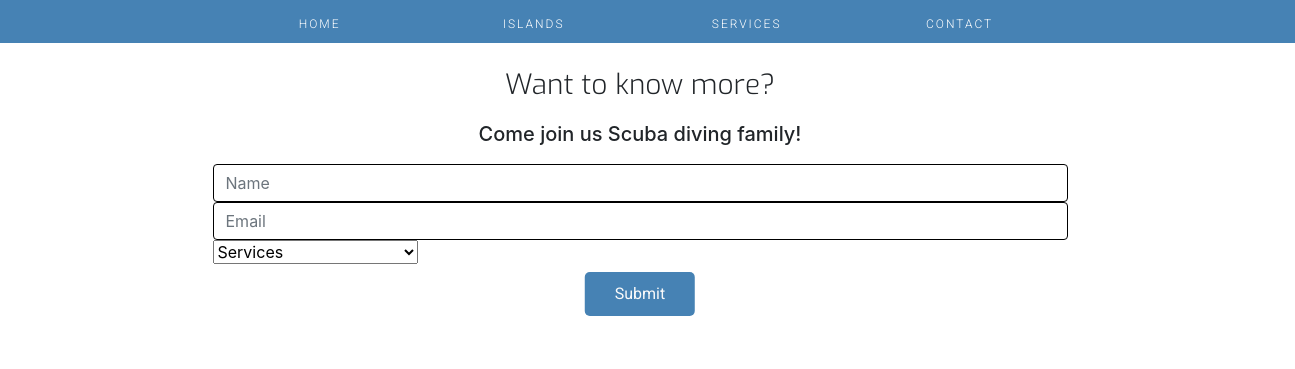
Repository: Code-Institute-Submissions/cathyann-diving.github.io
Page: contact.html
The author's editor kept a record of every edit. The page is drawn from the files as they stood at one moment, then again after the next edit.
The browser window is 1280 px wide. The page is 1295 px wide, so the pictures cover 1295 px, including what lies to the right of the window. The pictures show the whole page.

Above is the page before.

After the next edit:
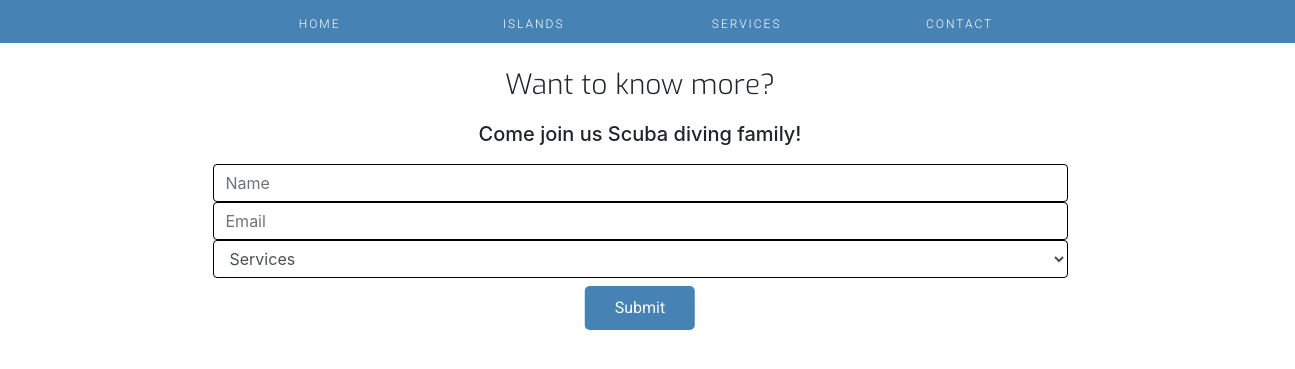
The edit:
--- a/contact.html
+++ b/contact.html
@@ -44,7 +44,7 @@
                     <form>
                         <input type="text" name="name" id="fullname" class="form-control" placeholder="Name" required/>
                         <input type="email" name="email" id="emailaddress" class="form-control" placeholder="Email" required/>
-                        <select name="services">
+                        <select name="services" class="form-control">
                             <option hidden="services selected">Services</option>
                             <option value="trip">Trip</option>
                             <option value="transportation">Transportation</option>
